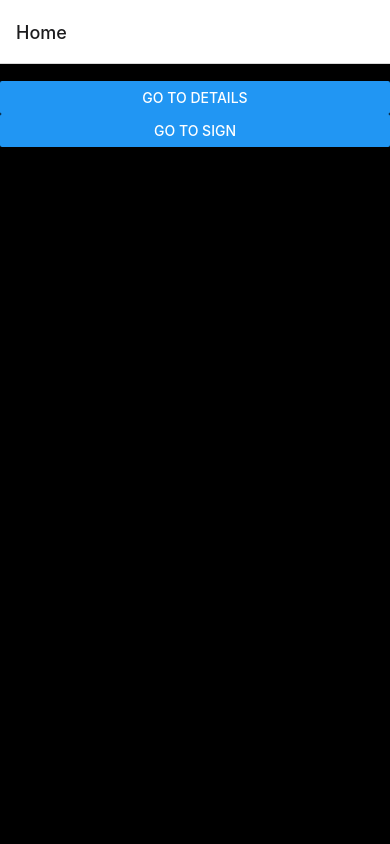
Repository: eyebone/barManager
Screen: /
These files come from the project's save history. The screen is drawn as it stood at one moment and after the next save; the edit follows.
The app was drawn by React Native's web renderer in a window 390 px wide. The project was rebuilt for these pictures with package versions that can differ from the ones it lists, and the page was loaded fresh each time. Also part of the build but not shown: components/EmojiPicker.js, components/Button.js, components/ImageViewer.js, components/circleButton.js, components/IconButton.js, view/ViewOne.js, view/Sign.js.

Above is the screen before, as saved 2023-06-26 13:59:28.

### App.js
// In App.js in a new project

import * as React from "react";
import { Button, View, Text, StyleSheet } from "react-native";
// import React-native from 'react-native';
import { NavigationContainer } from "@react-navigation/native";
import { createNativeStackNavigator } from "@react-navigation/native-stack";
import { ViewOne } from "./view/ViewOne";
import { SignView } from "./view/Sign";
import { LinearGradient } from "expo-linear-gradient";
function HomeScreen({ navigation }) {
  return (
    <View style={styles.container}>
      <Text>Home Screen</Text>
      <Button
        title="Go to Details"
        onPress={() => navigation.navigate("test")}
      />
      <Button title="Go to Sign" onPress={() => navigation.navigate("sign")} />
      <LinearGradient
        start={{ x: 0, y: 0 }}
        end={{ x: 1, y: 0 }}
        colors={["#5c0b82", "#480965", "#"]}
        style={styles.linearGradient}
      >
        <Text style={styles.buttonText}>Sign in with Facebook</Text>
      </LinearGradient>
    </View>
  );
}

const Stack = createNativeStackNavigator();

function App() {
  return (
    <NavigationContainer style={styles.container}>
      <Stack.Navigator>
        <Stack.Screen name="Home" component={HomeScreen} />
        <Stack.Screen name="test" component={ViewOne} />
        <Stack.Screen name="sign" component={SignView} />
      </Stack.Navigator>
    </NavigationContainer>
  );
}

export default App;

const styles = StyleSheet.create({
  container: {
    flex: 1,
    flexDirection: "column",
    backgroundColor: "#000000",
    //    alignItems: 'center',
  },
});

After the next save:
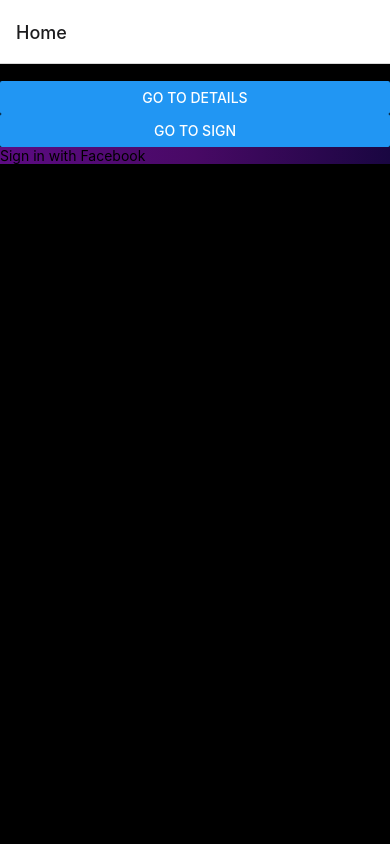
Saved 7 s later.
--- a/App.js
+++ b/App.js
@@ -20,7 +20,7 @@
       <LinearGradient
         start={{ x: 0, y: 0 }}
         end={{ x: 1, y: 0 }}
-        colors={["#5c0b82", "#480965", "#"]}
+        colors={["#5c0b82", "#480965", "#190641"]}
         style={styles.linearGradient}
       >
         <Text style={styles.buttonText}>Sign in with Facebook</Text>

After the 2 saves that followed:
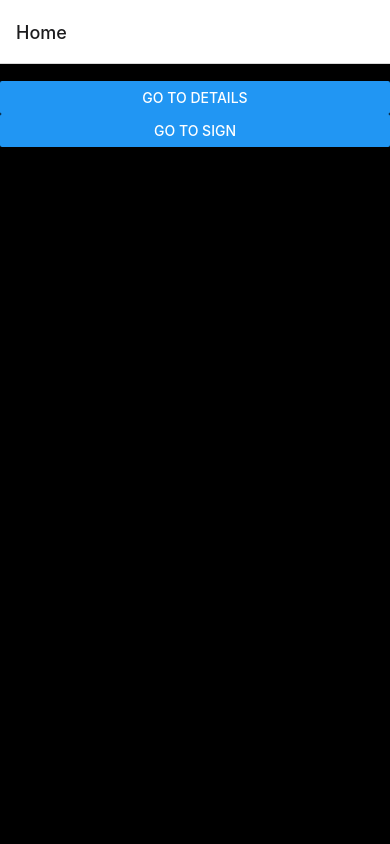
The 2 saves are shown as one change because they came seconds apart.
The last was saved 7 s later.
--- a/App.js
+++ b/App.js
@@ -20,7 +20,7 @@
       <LinearGradient
         start={{ x: 0, y: 0 }}
         end={{ x: 1, y: 0 }}
-        colors={["#5c0b82", "#480965", "#190641"]}
+        colors={["#5c0b82", "#480965", "#190641", "#"]}
         style={styles.linearGradient}
       >
         <Text style={styles.buttonText}>Sign in with Facebook</Text>
